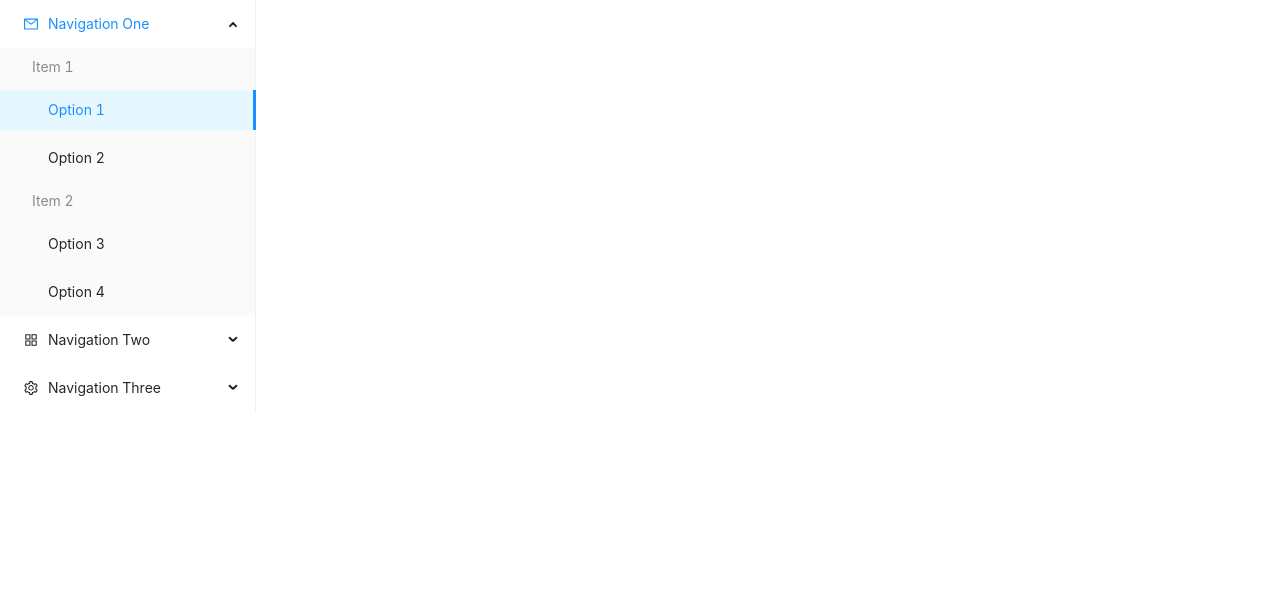
Repository: CBH20010703/bolgsweb
Page: / (app in blogs/)
The author's editor kept a copy of each file at every save. The page is drawn from the files as they stood at one save, then again after a run of saves.
The browser window is 1280 px wide. The pictures show the whole page.
The project was rebuilt for these pictures with package versions that can differ from the ones it lists, and the page was loaded fresh each time. Also part of the build but not shown: blogs/src/view/404/Error.jsx.

Above is the page before, as saved 2021-06-20 22:19:32.

After the next 4 saves:
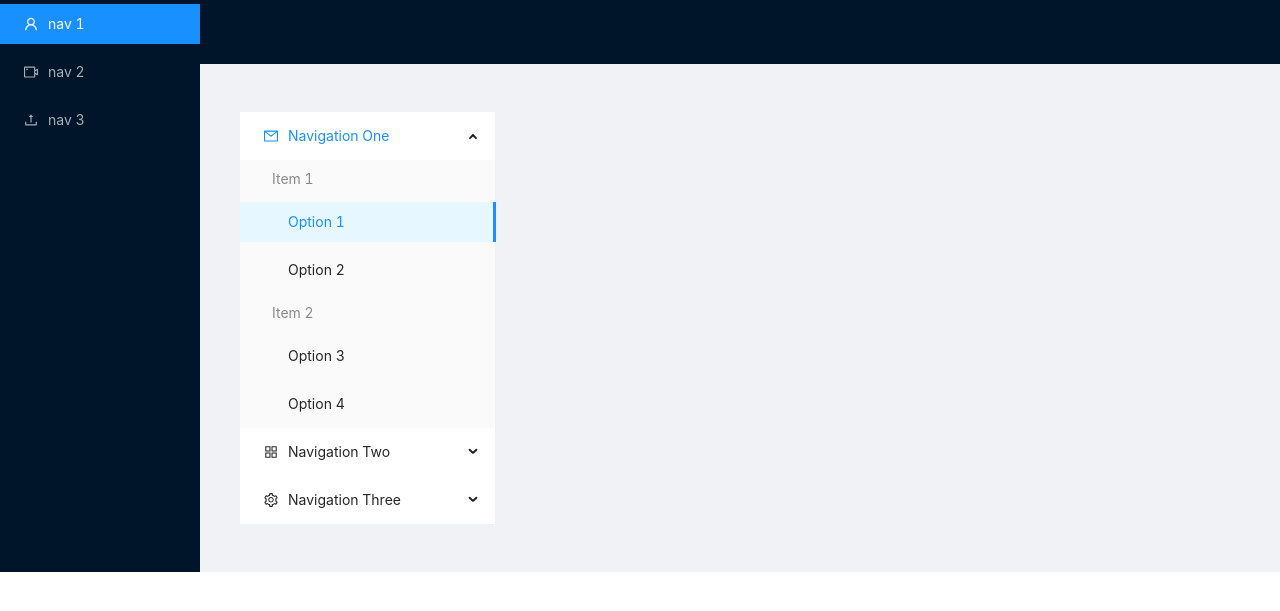
The 4 saves are shown as one change because 3 did not build or start.
The last was saved 3 min 53 s later.
--- a/blogs/src/App.js
+++ b/blogs/src/App.js
@@ -1,16 +1,61 @@
 import './App.css';
 import { React, Component } from "react";
 import RouterMap from './router/RouterMap';
+import { Layout, Menu } from 'antd';
+import {
+  MenuUnfoldOutlined,
+  MenuFoldOutlined,
+  UserOutlined,
+  VideoCameraOutlined,
+  UploadOutlined,
+} from '@ant-design/icons';
 
+const { Header, Sider, Content } = Layout;
 export default class  App extends Component {
   constructor(props) {
     super(props);
-    this.state = {  }
+    this.state = {  collapsed: false, }
   }
+   toggle = () => {
+    this.setState({
+      collapsed: !this.state.collapsed,
+    });
+  };
   render() {
     return (
       <div>
-        <RouterMap/>
+         <Layout>
+        <Sider trigger={null} collapsible collapsed={this.state.collapsed}>
+          <div className="logo" />
+          <Menu theme="dark" mode="inline" defaultSelectedKeys={['1']}>
+            <Menu.Item key="1" icon={<UserOutlined />}>
+              nav 1
+            </Menu.Item>
+            <Menu.Item key="2" icon={<VideoCameraOutlined />}>
+              nav 2
+            </Menu.Item>
+            <Menu.Item key="3" icon={<UploadOutlined />}>
+              nav 3
+            </Menu.Item>
+          </Menu>
+        </Sider>
+        <Layout className="site-layout">
+          <Header className="site-layout-background" style={{ padding: 0 }}>
+
+          </Header>
+          <Content
+            className="site-layout-background"
+            style={{
+              margin: '24px 16px',
+              padding: 24,
+              minHeight: 280,
+            }}
+          >
+             <RouterMap/>
+          </Content>
+        </Layout>
+      </Layout>
+
       </div>
     );
   }
